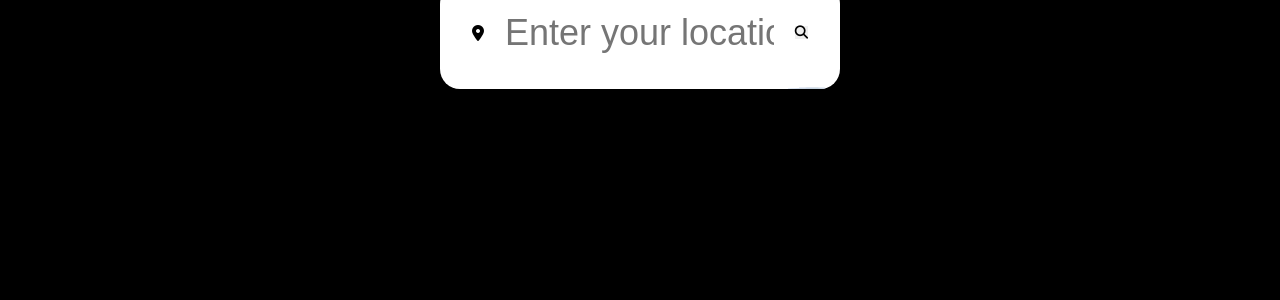
Repository: Pr1s0n3r627/weather
Page: index.html
The author's editor kept a copy of each file at every save. The page is drawn from the files as they stood at one save, then again after the next save.
The browser window is 1280 px wide. The pictures show the whole page.
Some web libraries are served in a nearby version.

Above is the page before, as saved 2024-05-18 22:59:16.
Not found: index.js

After the next save:
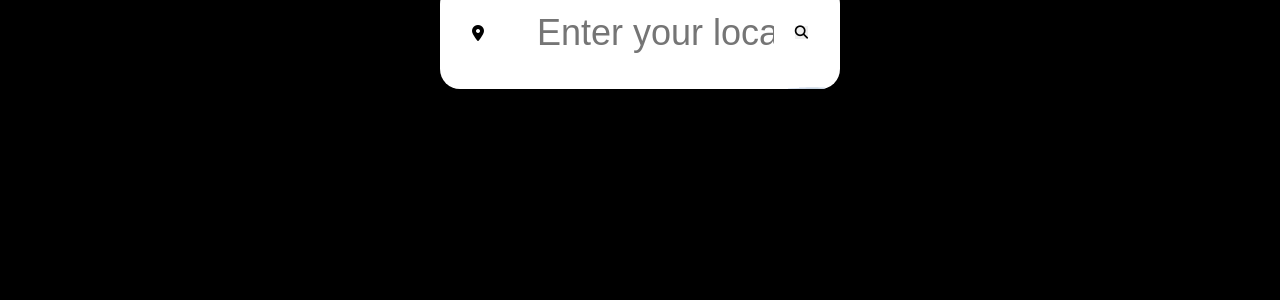
Saved 19 s later.
--- a/style.css
+++ b/style.css
@@ -39,6 +39,7 @@ body{
     width: 80%;
     font-size: 36px;
     font-weight: 500;
-    text-transform:inherit;
+    text-transform: inherit;
+    padding-left: 32px;
 
 }
